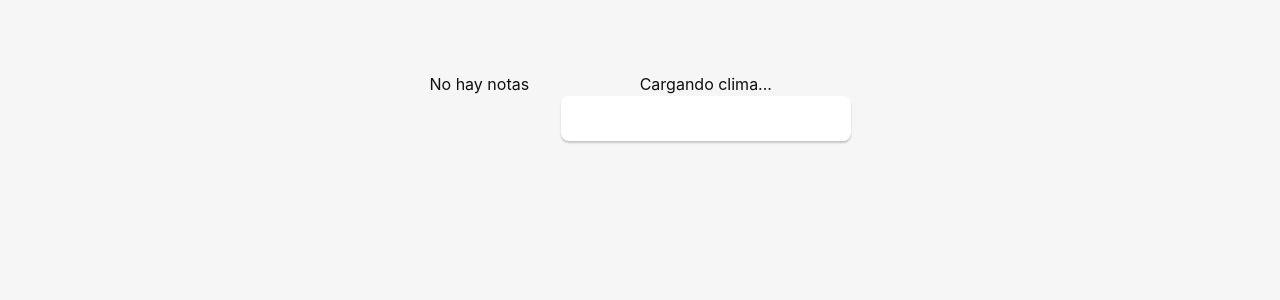
Repository: CodeByEvans/my-romantic-widget
Page: /
These files come from the project's save history. The page is drawn as it stood at one moment and after the next save; the edit follows.
The browser window is 1280 px wide. The pictures show the whole page.
The page's requests for data from a server got no answer. The project was rebuilt for these pictures with package versions that can differ from the ones it lists, and the page was loaded fresh each time. No one was signed in, and anything a server would have sent is missing. Also part of the build but not shown: vite.config.ts.

Above is the page before, as saved 2025-11-03 20:19:54.

After the next save:
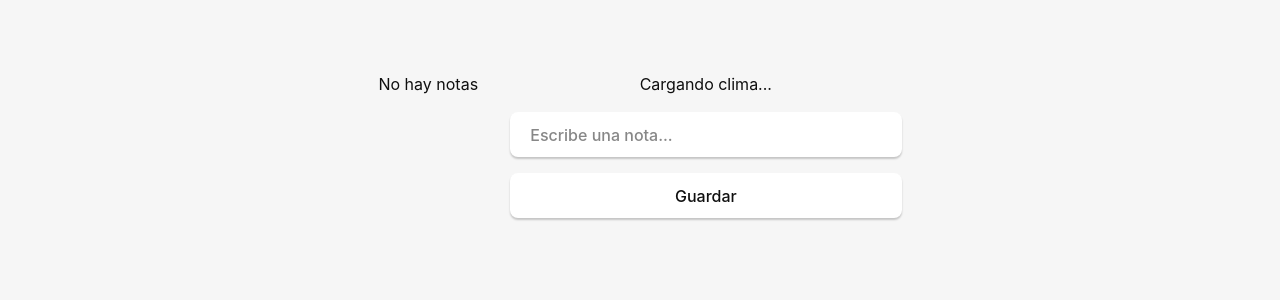
Saved 29 s later.
--- a/src/components/NoteInput.tsx
+++ b/src/components/NoteInput.tsx
@@ -1,3 +1,17 @@
 export const NoteInput = () => {
-  return <input></input>;
+  return (
+    <form action="">
+      <input
+        type="text"
+        placeholder="Escribe una nota..."
+        className="mt-4 p-2 border rounded w-full max-w-md"
+      />
+      <button
+        type="submit"
+        className="mt-4 p-2 bg-blue-500 text-white rounded w-full max-w-md"
+      >
+        Guardar
+      </button>
+    </form>
+  );
 };
